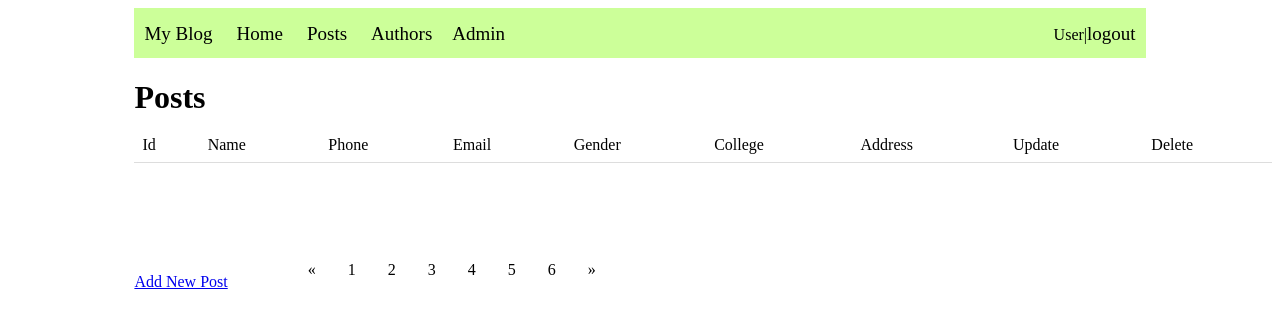
Repository: Software284/servlet-jsp-project
Page: http://localhost/Crud_WIth_Spring_Mvc_and_Hibernate_with_xml/WEB-INF/view/main.jsp
These files come from the project's save history. The page is drawn as it stood at one moment and after the next save; the edit follows.
The browser window is 1280 px wide. The pictures show the whole page.
The page is served by Tomcat 9. Nobody is signed in. Other server files are loaded and not shown. The template is opened directly, without the code that normally fills it, so the values that code supplies are empty.

Above is the page before, as saved 2020-06-13 20:49:06.

### Crud WIth Spring Mvc and Hibernate with xml/WebContent/WEB-INF/view/main.jsp
<%@ page language="java" contentType="text/html; charset=ISO-8859-1"
    pageEncoding="ISO-8859-1"%>
<%@ taglib uri="http://java.sun.com/jsp/jstl/core" prefix="c" %>
<!DOCTYPE html>
<html>
<head>
	<title>Bootstrap Example</title>
  <meta charset="utf-8">
  <meta name="viewport" content="width=device-width, initial-scale=1">
  <style type="text/css">
  	.header
  	{
  	    width: 80%;
  	    height:50px;
  	    margin-left: 10%;
  		background-color: #ccff99;
  		padding:0px;
  	}
  	ul
  	{

  		margin:0px;
  		padding:0px;

  	}
  	ul li
  	{
  		display: inline-block;
  		margin-top: 10px;  		margin-left: 5px;
  		padding: 5px;
  		list-style-type: none;
  		margin-right: 5px;

  	}
  	ul li a
  	{
  		color:#fff;
  		text-decoration: none;
  		font-size: 19px;
  		color:#000;
  	}
  	ul li.right
  	{
  		float:right;
  	}
  	h1
  	{
  		margin-left:10%;
  		margin-bottom: 12px;
  		font-weight: bold;
  	}




.dropdown {
  position: relative;
  display: inline-block;
}

.dropdown-content {
  display: none;
  position: absolute;
  background-color: #f9f9f9;
  min-width: 160px;
  box-shadow: 0px 8px 16px 0px rgba(0,0,0,0.2);
  z-index: 1;
}

.dropdown-content a {
  color: black;
  padding: 12px 16px;
  text-decoration: none;
  display: block;
}

.dropdown-content a:hover {background-color: #f1f1f1}

.dropdown:hover .dropdown-content {
  display: block;
}
form
{
  margin-left:10%;
}
table {
  border-collapse: collapse;
  width: 100%;
  margin-bottom: 30px;
}

th, td {
  padding: 8px;
  text-align: left;
  border-bottom: 1px solid #ddd;
}

tr:hover {background-color:#f5f5f5;}



  @Media(max-width: 700px)
  {
  	.header ul li a
  	{
  		font-size: 15px;
  	}
  }
   @Media(max-width: 400px)
  {
  	.header ul li a
  	{
  		font-size: 10px;
  	}

  }

    .pagination {
  display: inline-block;
  margin-left:60px;
  margin-top:60px;
}

.pagination a {
  color: black;
  float: left;
  padding: 8px 16px;
  text-decoration: none;
}

.pagination a.active {
  background-color: #4CAF50;
  color: white;
}

.pagination a:hover:not(.active) {background-color: #ddd;}





  </style>
</head>
<body>
   <div class="header">
   	<ul>
   		<li><a href="#">My Blog</a></li>
   		<li><a href="#">Home</a></li>
   		<li class="dropdown">
   			<a href="#" class="dropbtn" >Posts</a>
   			<div class="dropdown-content">
   				<a href="#">Link1</a>
   				<a href="#">Link2</a>
   				<a href="#">Link3</a>
   			</div>
   		</li>
   		<li class="dropdown">
   			<a href="#" class="dropbtn">Authors</a>
   			<div class="dropdown-content">
   				<a href="#">Link1</a>
   				<a href="#">Link2</a>
   				<a href="#">Link3</a>
   			</div>

      <li class="dropdown">
        <a href="#" class="dropbtn">Admin</a>
        <div class="dropdown-content">
          <a href="#">Link1</a>
          <a href="#">Link2</a>
          <a href="#">Link3</a>
        </div>
      </li>

   		</li>
   		<li class="right">User|<a href="logout.action">logout</a></li>
   	</ul>
   </div>
   <h1>Posts</h1>
   <form>
     <table>
       <thead>
         <tr>
            <td>Id</td>
            <td>Name</td>
            <td>Phone</td>
            <td>Email</td>
            <td>Gender</td>
            <td>College</td>
            <td>Address</td>
            <td>Update</td>
            <td>Delete</td>
         </tr>
       </thead>
       <tbody>
             <c:forEach var="table" items="${user_list}">
             <tr>
               <td>${table.id}</td>
              <td>${table.name}</td>
              <td>${table.phone}</td>
              <td>${table.email}</td>
              <td>${table.gender}</td>
              <td>${table.college}</td>
              <td>${table.address}</td>
              <td><a href="updatepage.action?id=${table.id}">Update</a></td>
              <td><a href="delete.action?id=${table.id}">Delete</a></td>
            </tr>
        </c:forEach>
       </tbody>
     </table>
   </form>

   <a href="adduserpage" style="margin-left: 10%;">Add New Post</a>
      <div class="pagination">
  <a href="#">&laquo;</a>
  <a href="pagination.action?page=1">1</a>
  <a href="pagination.action?page=2">2</a>
  <a href="pagination.action?page=3">3</a>
  <a href="pagination.action?page=4">4</a>
  <a href="pagination.action?page=5">5</a>
  <a href="pagination.action?page=6">6</a>
  <a href="pagination.action">&raquo;</a>
</div>

After the next save:
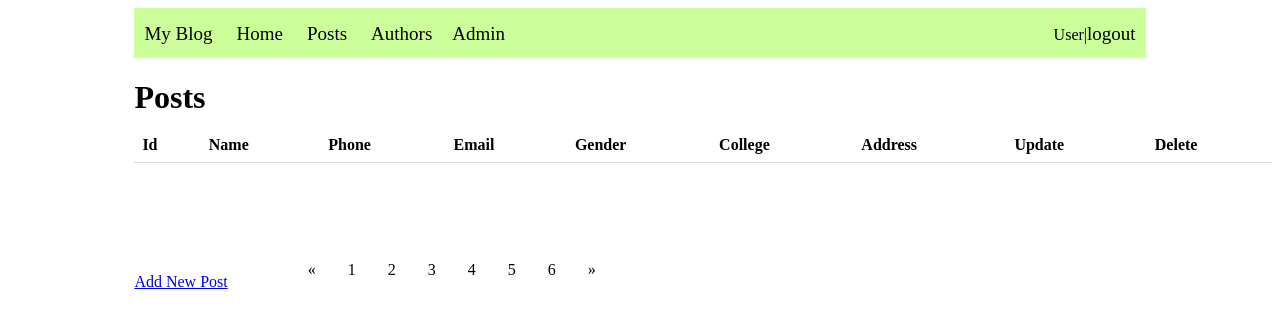
Saved 51 s later.
--- a/Crud WIth Spring Mvc and Hibernate with xml/WebContent/WEB-INF/view/main.jsp
+++ b/Crud WIth Spring Mvc and Hibernate with xml/WebContent/WEB-INF/view/main.jsp
@@ -180,15 +180,15 @@
      <table>
        <thead>
          <tr>
-            <td>Id</td>
-            <td>Name</td>
-            <td>Phone</td>
-            <td>Email</td>
-            <td>Gender</td>
-            <td>College</td>
-            <td>Address</td>
-            <td>Update</td>
-            <td>Delete</td>
+            <th>Id</th>
+            <th>Name</th>
+            <th>Phone</th>
+            <th>Email</th>
+            <th>Gender</th>
+            <th>College</th>
+            <th>Address</th>
+            <th>Update</th>
+            <th>Delete</th>
          </tr>
        </thead>
        <tbody>

After the 4 saves that followed:
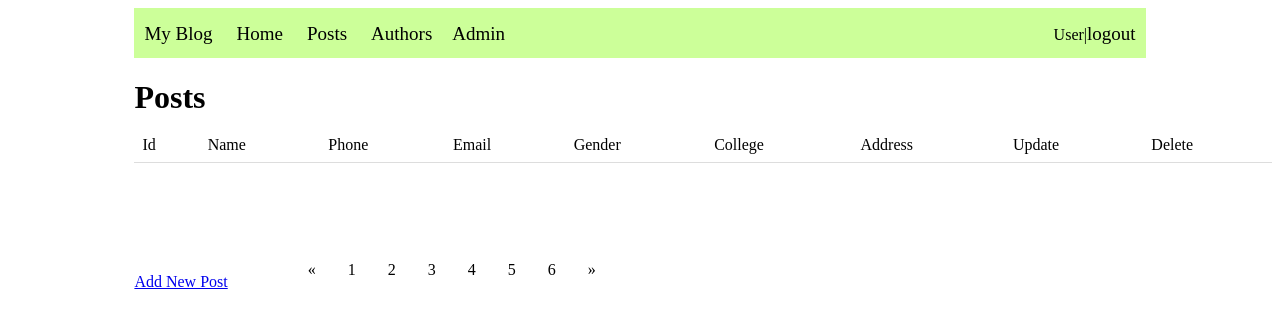
The 4 saves are shown as one change because 3 left the picture as it was.
The last was saved 5 min 30 s later.
--- a/Crud WIth Spring Mvc and Hibernate with xml/WebContent/WEB-INF/view/main.jsp
+++ b/Crud WIth Spring Mvc and Hibernate with xml/WebContent/WEB-INF/view/main.jsp
@@ -180,15 +180,15 @@
      <table>
        <thead>
          <tr>
-            <th>Id</th>
-            <th>Name</th>
-            <th>Phone</th>
-            <th>Email</th>
-            <th>Gender</th>
-            <th>College</th>
-            <th>Address</th>
-            <th>Update</th>
-            <th>Delete</th>
+            <td>Id</td>
+            <td>Name</td>
+            <td>Phone</td>
+            <td>Email</td>
+            <td>Gender</td>
+            <td>College</td>
+            <td>Address</td>
+            <td>Update</td>
+            <td>Delete</td>
          </tr>
        </thead>
        <tbody>
@@ -212,11 +212,11 @@
    <a href="adduserpage" style="margin-left: 10%;">Add New Post</a>
       <div class="pagination">
   <a href="#">&laquo;</a>
-  <a href="pagination.action?page=1">1</a>
-  <a href="pagination.action?page=2">2</a>
-  <a href="pagination.action?page=3">3</a>
-  <a href="pagination.action?page=4">4</a>
-  <a href="pagination.action?page=5">5</a>
-  <a href="pagination.action?page=6">6</a>
-  <a href="pagination.action">&raquo;</a>
+  <a href="pagination?page=1">1</a>
+  <a href="pagination?page=2">2</a>
+  <a href="pagination?page=3">3</a>
+  <a href="pagination?page=4">4</a>
+  <a href="pagination?page=5">5</a>
+  <a href="pagination?page=6">6</a>
+  <a href="pagination">&raquo;</a>
 </div>
